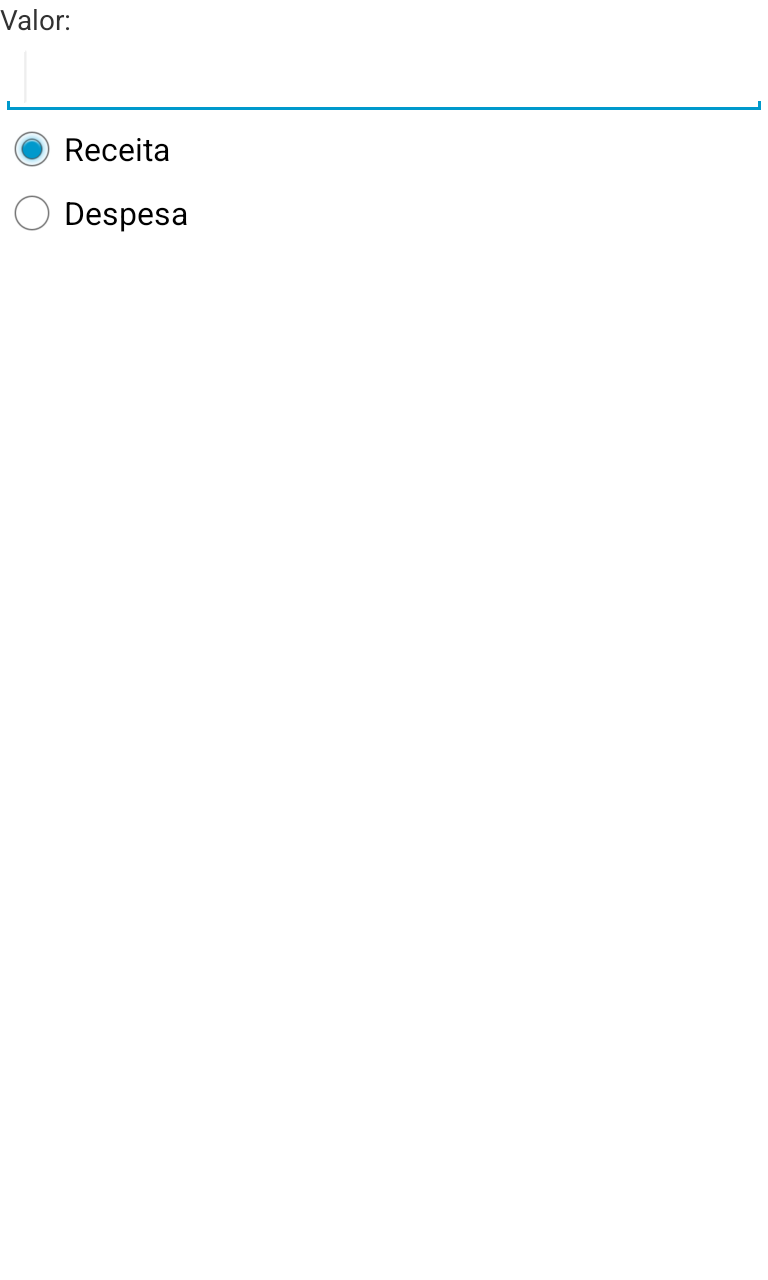
Repository: yurifialho/pos-android
Layout: Projeto10/res/layout/activity_manter_lancamento.xml
The author's editor kept a copy of each file at every save. The layout is drawn from the files as they stood at one save, then again after the next save.
It is drawn on a 768 x 1280 px phone screen (xhdpi) without system bars, with theme AppTheme; the app's code is not run.

Above is the layout before, as saved 2014-03-22 03:15:56.

After the next save:
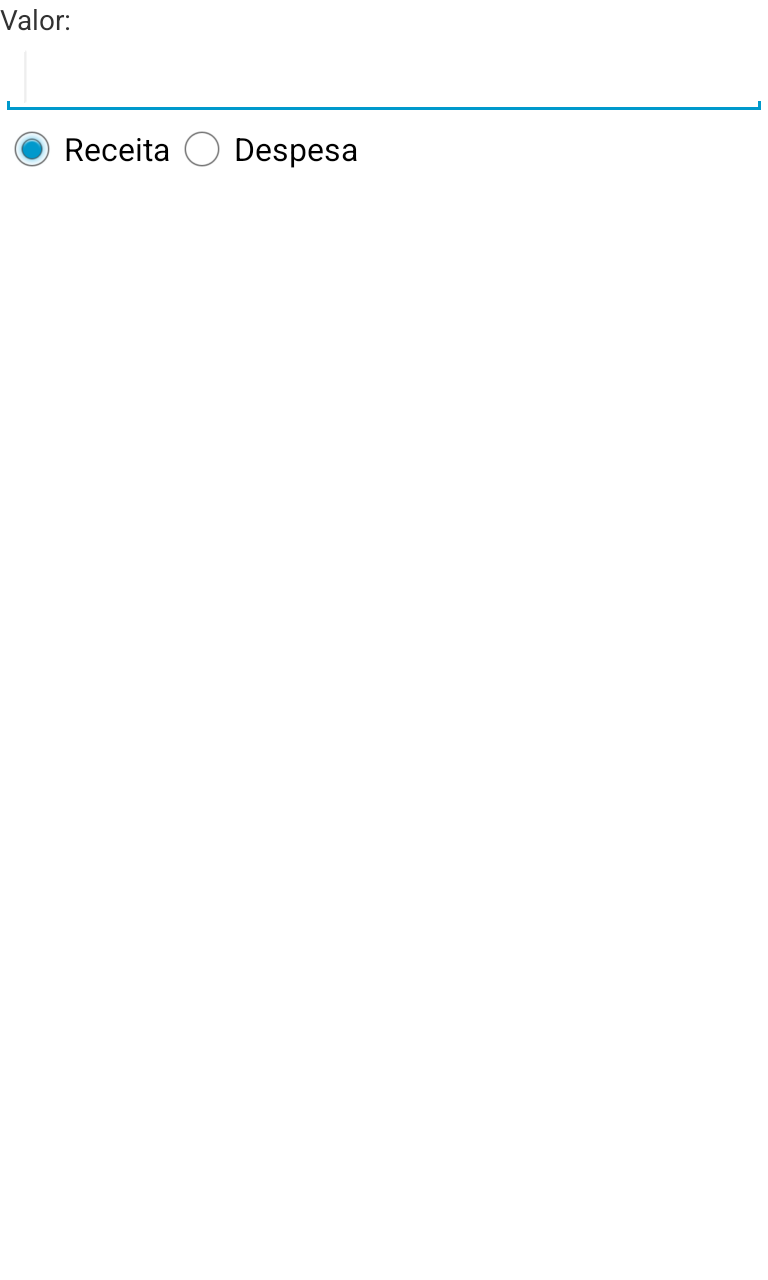
Saved 19 s later.
--- a/Projeto10/res/layout/activity_manter_lancamento.xml
+++ b/Projeto10/res/layout/activity_manter_lancamento.xml
@@ -19,13 +19,10 @@
         <requestFocus />
     </EditText>
 
-    <LinearLayout
-        android:layout_width="fill_parent"
-        android:layout_height="wrap_content"
-        android:orientation="horizontal">
 		<RadioGroup
 		    android:layout_width="fill_parent"
-		    android:layout_height="wrap_content">
+		    android:layout_height="wrap_content"
+		    android:orientation="horizontal">
         	<RadioButton
             android:id="@+id/rdReceita"
             android:layout_width="wrap_content"
@@ -39,6 +36,5 @@
             android:layout_height="wrap_content"
             android:text="Despesa" />
         </RadioGroup>
-    </LinearLayout>
 
 </LinearLayout>
